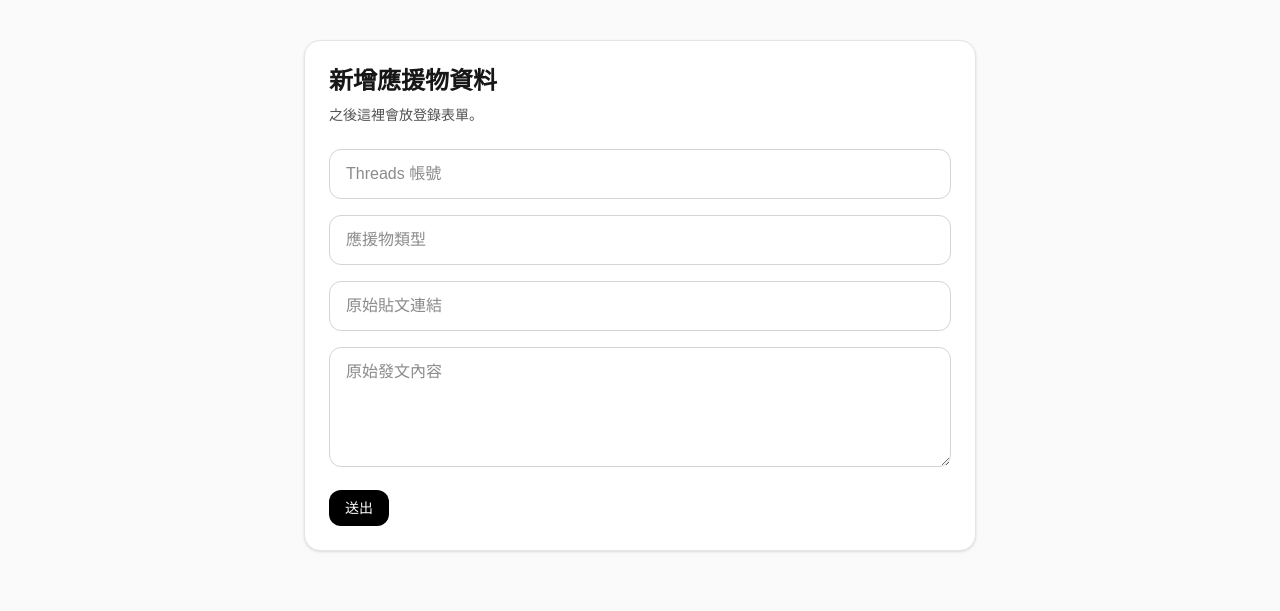
Repository: tzuhan2575/cheering-source-site
Page: /item/submit
An editor plug-in stored every save of this project. The page is shown before and after the next save, followed by the edit.
The browser window is 1280 px wide. The pictures show the whole page.
The project was rebuilt for these pictures with package versions that can differ from the ones it lists, and the page was loaded fresh each time. The framework's server and built-in components were replaced by stand-ins that run in the browser. Also part of the build but not shown: next.config.ts.

Above is the page before, as saved 2026-03-13 20:33:02.

### app/item/submit/page.tsx
export default function SubmitPage() {
  return (
    <main className="min-h-screen bg-neutral-50 px-6 py-10">
      <div className="mx-auto max-w-2xl rounded-2xl border border-neutral-200 bg-white p-6 shadow-sm">
        <h1 className="text-2xl font-bold text-neutral-900">新增應援物資料</h1>
        <p className="mt-2 text-sm text-neutral-600">
          之後這裡會放登錄表單。
        </p>

        <div className="mt-6 space-y-4">
          <input
            type="text"
            placeholder="Threads 帳號"
            className="w-full rounded-xl border border-neutral-300 px-4 py-3"
          />
          <input
            type="text"
            placeholder="應援物類型"
            className="w-full rounded-xl border border-neutral-300 px-4 py-3"
          />
          <input
            type="text"
            placeholder="原始貼文連結"
            className="w-full rounded-xl border border-neutral-300 px-4 py-3"
          />
          <textarea
            placeholder="原始發文內容"
            className="min-h-[120px] w-full rounded-xl border border-neutral-300 px-4 py-3"
          />
          <button className="rounded-xl bg-black px-4 py-2 text-sm text-white">
            送出
          </button>
        </div>
      </div>
    </main>
  );
}

Loaded but not shown: app/layout.tsx (common file); app/globals.css (common file)

After the next save:
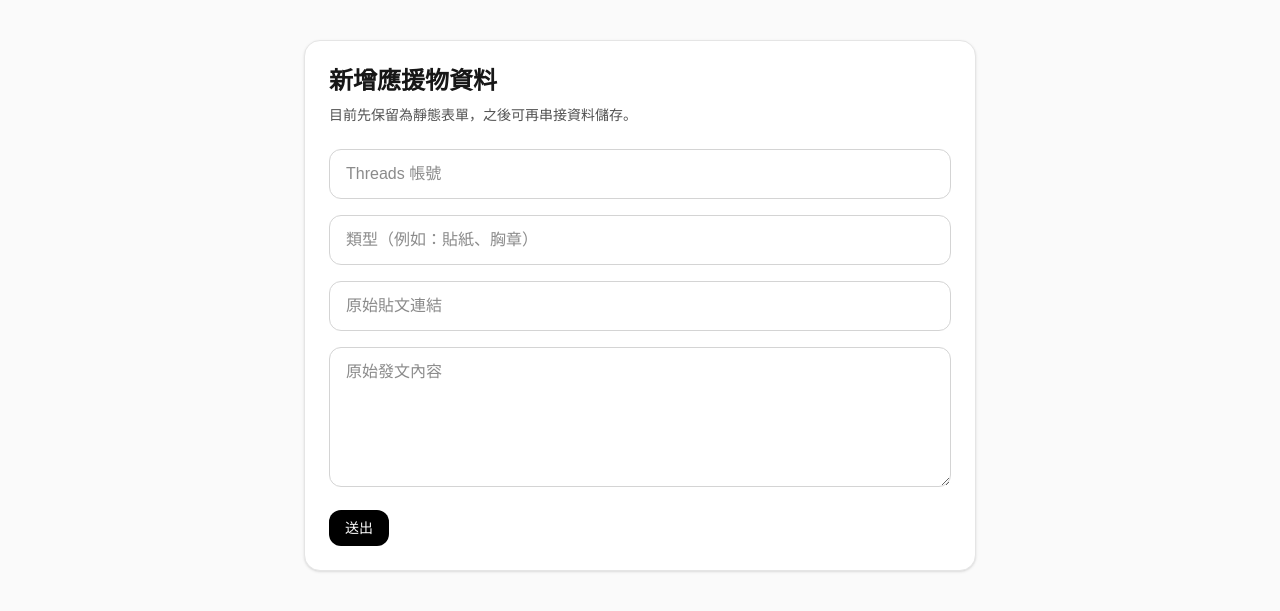
Saved 18 s later.
--- a/app/item/submit/page.tsx
+++ b/app/item/submit/page.tsx
@@ -4,7 +4,7 @@ export default function SubmitPage() {
       <div className="mx-auto max-w-2xl rounded-2xl border border-neutral-200 bg-white p-6 shadow-sm">
         <h1 className="text-2xl font-bold text-neutral-900">新增應援物資料</h1>
         <p className="mt-2 text-sm text-neutral-600">
-          之後這裡會放登錄表單。
+          目前先保留為靜態表單，之後可再串接資料儲存。
         </p>
 
         <div className="mt-6 space-y-4">
@@ -15,7 +15,7 @@ export default function SubmitPage() {
           />
           <input
             type="text"
-            placeholder="應援物類型"
+            placeholder="類型（例如：貼紙、胸章）"
             className="w-full rounded-xl border border-neutral-300 px-4 py-3"
           />
           <input
@@ -25,7 +25,7 @@ export default function SubmitPage() {
           />
           <textarea
             placeholder="原始發文內容"
-            className="min-h-[120px] w-full rounded-xl border border-neutral-300 px-4 py-3"
+            className="min-h-[140px] w-full rounded-xl border border-neutral-300 px-4 py-3"
           />
           <button className="rounded-xl bg-black px-4 py-2 text-sm text-white">
             送出
